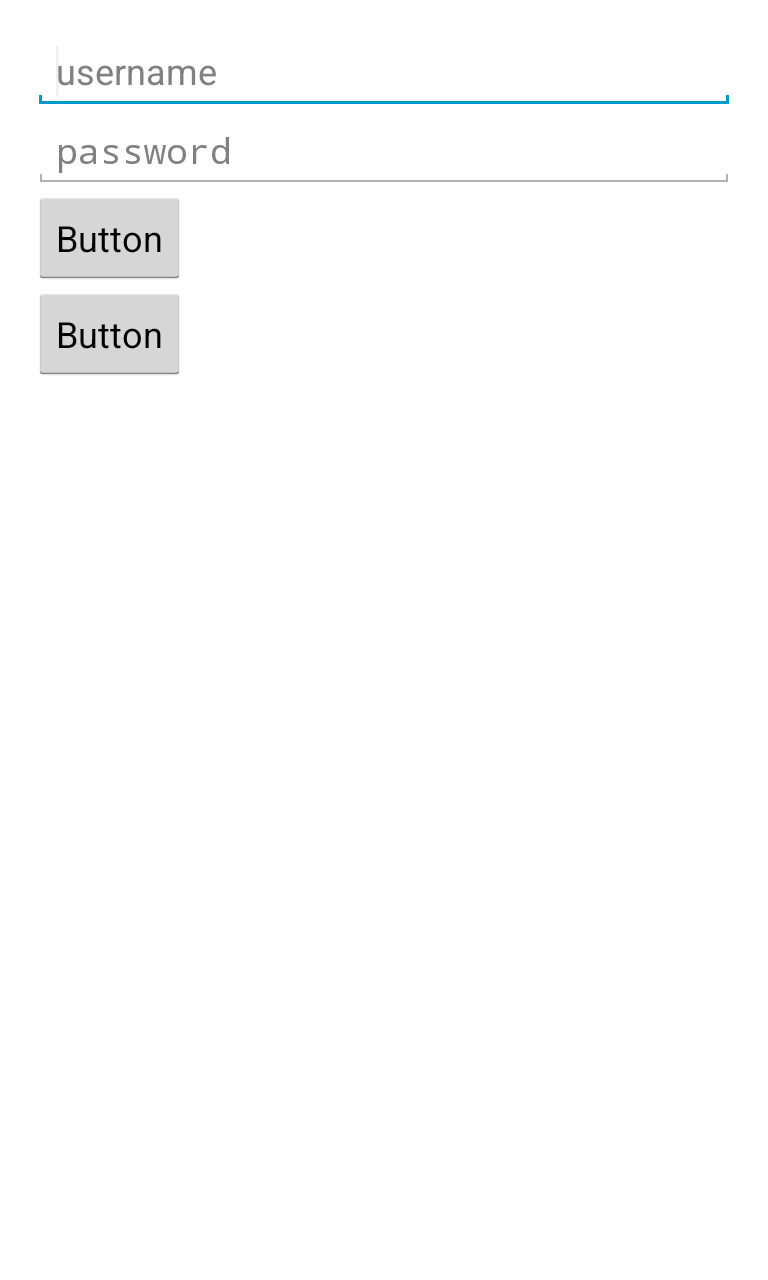
Repository: DongHuaLu/android
Layout: 18Get/res/layout/activity_main.xml
These files come from the project's save history. The layout is drawn as it stood at one moment and after the next save; the edit follows.
It is drawn on a 768 x 1280 px phone screen (xhdpi) without system bars, with theme AppTheme; the app's code is not run.

Above is the layout before, as saved 2013-08-26 07:44:48.

After the next save:
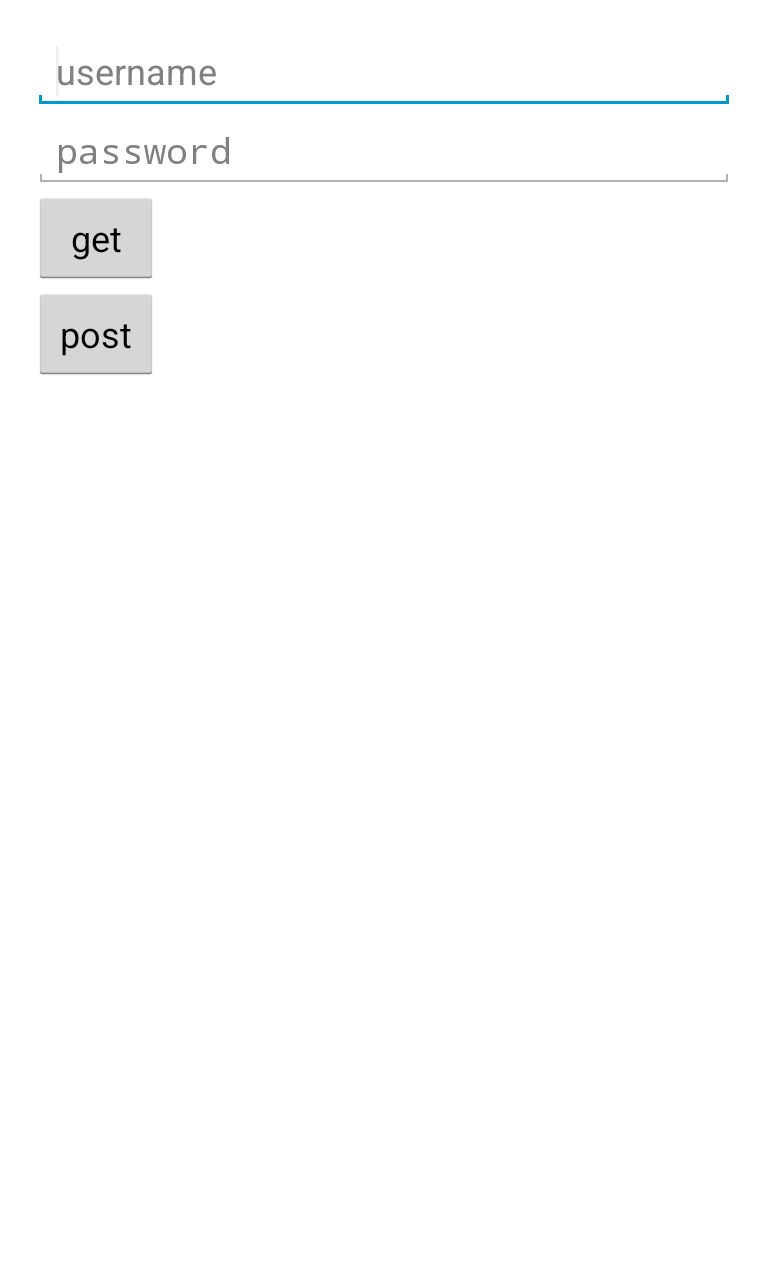
Saved 5 s later.
--- a/18Get/res/layout/activity_main.xml
+++ b/18Get/res/layout/activity_main.xml
@@ -31,12 +31,12 @@
         android:layout_width="wrap_content"
         android:layout_height="wrap_content"
         android:onClick="clickGet"
-        android:text="Button" />
+        android:text="get" />
 
     <Button
         android:layout_width="wrap_content"
         android:layout_height="wrap_content"
         android:onClick="clickPost"
-        android:text="Button" />
+        android:text="post" />
 
 </LinearLayout>
